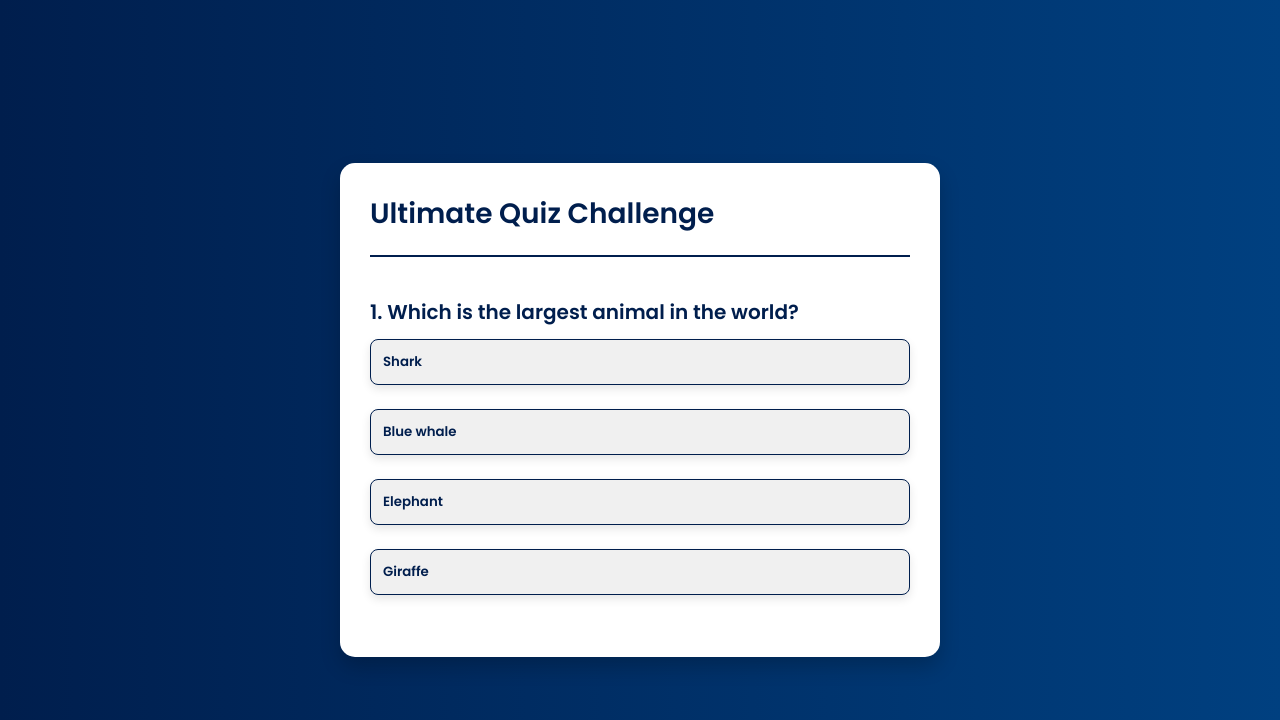
Repository: navyak2398/Quizapp
Page: index.html
These files come from the project's save history. The page is drawn as it stood at one moment and after the next save; the edit follows.
The browser window is 1280 px wide. The pictures show the whole page.

Above is the page before, as saved 2024-10-10 19:38:03.

### index.html
<!DOCTYPE html>
<html lang="en">

<head>
    <meta charset="UTF-8">
    <meta name="viewport" content="width=device-width, initial-scale=1.0">
    <title>Quiz App</title>
    <link href="https://fonts.googleapis.com/css2?family=Poppins:wght@400;600&display=swap" rel="stylesheet">
    <link rel="stylesheet" href="style.css">
</head>

<body>
    <div class="app">
        <h1 class="quiz-title">Ultimate Quiz Challenge</h1>
        <div class="quiz">
            <h2 id="question">Question goes here</h2>
            <div id="answer-buttons" class="btn-group"></div>
            <button id="next-btn" class="next-button">Next</button>
        </div>
    </div>
    <script src="script.js"></script>
</body>

</html>

### style.css
* {
    margin: 0;
    padding: 0;
    font-family: 'Poppins', sans-serif;
    box-sizing: border-box;
}

body {
    background: linear-gradient(to right, #001e4d, #004080);
    display: flex;
    justify-content: center;
    align-items: center;
    height: 100vh;
    color: #fff;
}

.app {
    background: #fff;
    width: 90%;
    max-width: 600px;
    margin: 100px auto 0;
    border-radius: 15px;
    padding: 30px;
    box-shadow: 0px 10px 20px rgba(0, 0, 0, 0.2);
    transition: transform 0.3s ease-in-out;
}

.app:hover {
    transform: translateY(-10px);
}

.app h1 {
    font-size: 28px;
    color: #001e4d;
    font-weight: 700;
    border-bottom: 2px solid #001e4d;
    padding-bottom: 20px;
    margin-bottom: 20px;
}

.quiz {
    padding: 20px 0;
}

.quiz h2 {
    font-size: 20px;
    color: #001e4d;
    font-weight: 600;
}

.btn {
    background: #f0f0f0;
    color: #001e4d;
    font-weight: 600;
    width: 100%;
    border: 1px solid #001e4d;
    padding: 12px;
    margin: 12px 0;
    text-align: left;
    border-radius: 8px;
    cursor: pointer;
    transition: all 0.3s ease;
    box-shadow: 0px 4px 10px rgba(0, 0, 0, 0.1);
}

.btn:hover {
    background: #001e4d;
    color: #fff;
    box-shadow: 0px 6px 12px rgba(0, 0, 0, 0.2);
}

#next-btn {
    background: #001e4d;
    color: #fff;
    font-weight: 600;
    width: 160px;
    border: 0;
    padding: 12px;
    margin: 20px auto 0;
    border-radius: 8px;
    cursor: pointer;
    display: none;
    box-shadow: 0px 4px 10px rgba(0, 0, 0, 0.1);
    transition: background 0.3s ease;
}

#next-btn:hover {
    background: #004080;
}

.correct {
    background: #9aeabc;
}

.incorrect {
    background: #ff9393;
}

### script.js
const questions = [
    {
        question: "Which is the largest animal in the world?",
        answers: [
            { text: "Shark", correct: false },
            { text: "Blue whale", correct: true },
            { text: "Elephant", correct: false },
            { text: "Giraffe", correct: false }
        ]
    },
    {
        question: "Which is the smallest country in the world?",
        answers: [
            { text: "Vatican City", correct: true },
            { text: "Bhutan", correct: false },
            { text: "Nepal", correct: false },
            { text: "Sri Lanka", correct: false }
        ]
    },
    {
        question: "Which is the largest desert in the world?",
        answers: [
            { text: "Kalahari", correct: false },
            { text: "Gobi", correct: false },
            { text: "Sahara", correct: false },
            { text: "Antarctica", correct: true }
        ]
    },
    {
        question: "Which is the smallest continent in the world?",
        answers: [
            { text: "Asia", correct: false },
            { text: "Australia", correct: true },
            { text: "Arctic", correct: false },
            { text: "Africa", correct: false }
        ]
    }
];

const questionElement = document.getElementById("question");
const answerButtons = document.getElementById("answer-buttons");
const nextButton = document.getElementById("next-btn");

let currentQuestionIndex = 0;
let score = 0;

function startQuiz() {
    currentQuestionIndex = 0;  // Reset question index
    score = 0;  // Reset score
    nextButton.innerHTML = "Next";  // Reset button text
    nextButton.style.display = "none";  // Hide the Next button initially
    showQuestion();
}

function showQuestion() {
    resetState();
    const currentQuestion = questions[currentQuestionIndex];
    questionElement.innerHTML = `${currentQuestionIndex + 1}. ${currentQuestion.question}`;

    currentQuestion.answers.forEach(answer => {
        const button = document.createElement("button");
        button.innerHTML = answer.text;
        button.classList.add("btn");
        if (answer.correct) {
            button.dataset.correct = answer.correct;
        }
        button.addEventListener("click", selectAnswer);
        answerButtons.appendChild(button);
    });
}

function selectAnswer(e) {
    const selectedButton = e.target;
    const correct = selectedButton.dataset.correct === "true";

    Array.from(answerButtons.children).forEach(button => {
        button.disabled = true;
        if (button === selectedButton) {
            if (correct) {
                button.classList.add("correct");
            } else {
                button.classList.add("incorrect");
            }
        }
        if (button.dataset.correct === "true") {
            button.classList.add("correct");
        }
    });

    if (correct) {
        score++;
    }
    nextButton.style.display = "block";  // Show the Next button
}

function handleNextButtonClick() {
    currentQuestionIndex++;
    if (currentQuestionIndex < questions.length) {
        showQuestion();
    } else {
        showScore();
    }
}

function showScore() {
    resetState();
    questionElement.innerHTML = `You scored ${score} out of ${questions.length}!`;
    nextButton.innerHTML = "Play Again";
    nextButton.style.display = "block";  // Show the Play Again button
    nextButton.removeEventListener("click", handleNextButtonClick);  // Remove the Next button event listener
    nextButton.addEventListener("click", startQuiz);  // Add the restart listener
}

function resetState() {
    while (answerButtons.firstChild) {
        answerButtons.removeChild(answerButtons.firstChild);  // Clear answer buttons
    }
    nextButton.style.display = "none";  // Ensure Next button is hidden initially
}

// Initialize the quiz
nextButton.addEventListener("click", handleNextButtonClick);
startQuiz();

After the next save:
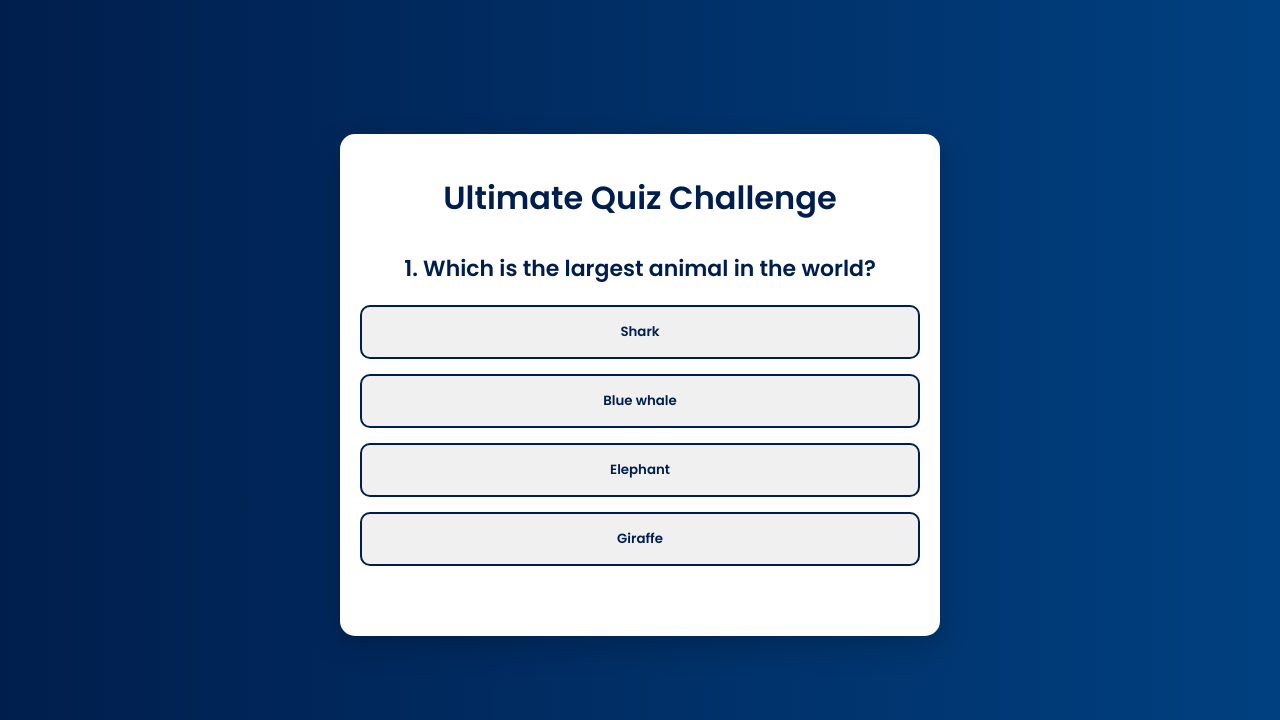
Saved 30 s later.
--- a/style.css
+++ b/style.css
@@ -15,62 +15,58 @@ body {
 }
 
 .app {
-    background: #fff;
+    background-color: #fff;
     width: 90%;
     max-width: 600px;
-    margin: 100px auto 0;
+    margin-top: 50px;
     border-radius: 15px;
-    padding: 30px;
-    box-shadow: 0px 10px 20px rgba(0, 0, 0, 0.2);
-    transition: transform 0.3s ease-in-out;
-}
-
-.app:hover {
-    transform: translateY(-10px);
+    padding: 40px 20px;
+    box-shadow: 0px 10px 30px rgba(0, 0, 0, 0.2);
+    text-align: center;
 }
 
 .app h1 {
-    font-size: 28px;
+    font-size: 32px;
     color: #001e4d;
     font-weight: 700;
-    border-bottom: 2px solid #001e4d;
-    padding-bottom: 20px;
+    margin-bottom: 30px;
+}
+
+.quiz h2 {
+    font-size: 22px;
+    color: #001e4d;
+    font-weight: 600;
     margin-bottom: 20px;
 }
 
-.quiz {
-    padding: 20px 0;
-}
-
-.quiz h2 {
-    font-size: 20px;
-    color: #001e4d;
-    font-weight: 600;
+.btn-group {
+    display: flex;
+    flex-direction: column;
+    gap: 15px;
+    margin-bottom: 30px;
 }
 
 .btn {
-    background: #f0f0f0;
+    background-color: #f0f0f0;
     color: #001e4d;
     font-weight: 600;
     width: 100%;
-    border: 1px solid #001e4d;
-    padding: 12px;
-    margin: 12px 0;
-    text-align: left;
-    border-radius: 8px;
+    border: 2px solid #001e4d;
+    padding: 15px;
+    border-radius: 10px;
     cursor: pointer;
     transition: all 0.3s ease;
-    box-shadow: 0px 4px 10px rgba(0, 0, 0, 0.1);
+    text-align: center;
 }
 
 .btn:hover {
-    background: #001e4d;
+    background-color: #001e4d;
     color: #fff;
-    box-shadow: 0px 6px 12px rgba(0, 0, 0, 0.2);
+    box-shadow: 0px 6px 12px rgba(0, 0, 0, 0.15);
 }
 
 #next-btn {
-    background: #001e4d;
+    background-color: #001e4d;
     color: #fff;
     font-weight: 600;
     width: 160px;
@@ -79,19 +75,18 @@ body {
     margin: 20px auto 0;
     border-radius: 8px;
     cursor: pointer;
-    display: none;
     box-shadow: 0px 4px 10px rgba(0, 0, 0, 0.1);
     transition: background 0.3s ease;
 }
 
 #next-btn:hover {
-    background: #004080;
+    background-color: #004080;
 }
 
 .correct {
-    background: #9aeabc;
+    background-color: #9aeabc;
 }
 
 .incorrect {
-    background: #ff9393;
+    background-color: #ff9393;
 }
